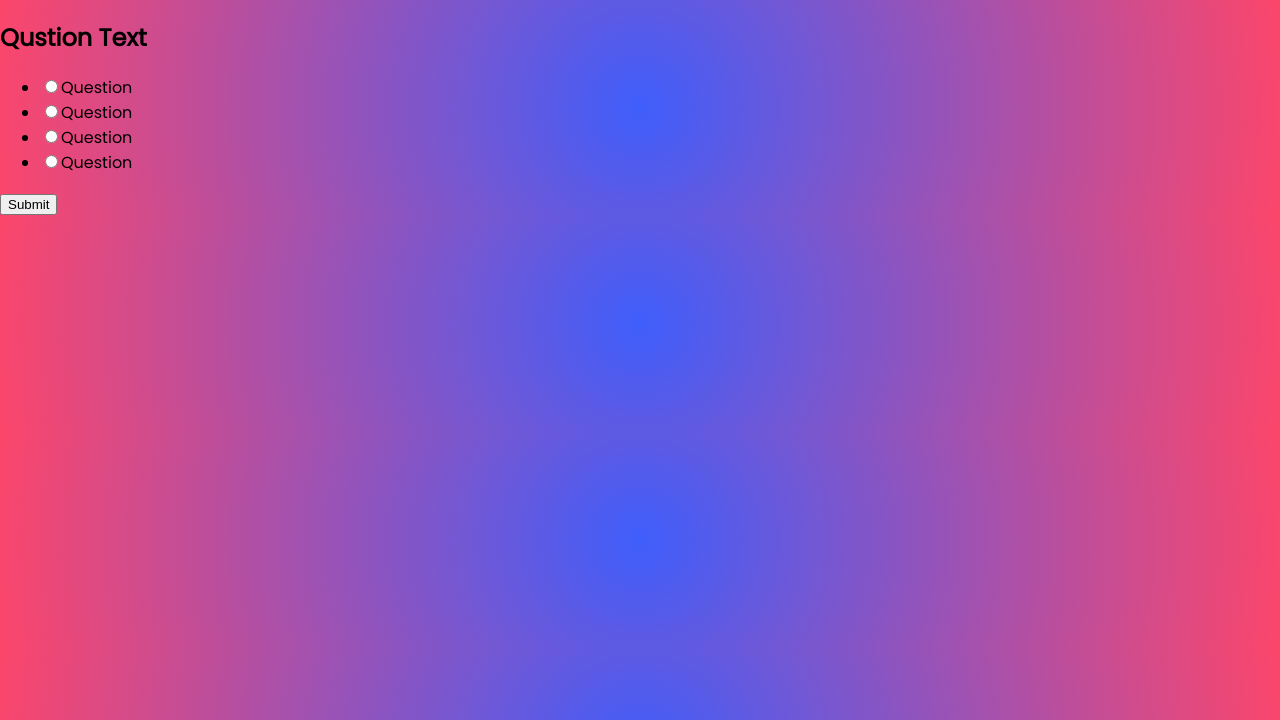
Repository: Abhi2359/Intermediate-projects
Page: Quiz App/index.html
The author's editor kept a copy of each file at every save. The page is drawn from the files as they stood at one save, then again after a run of saves.
The browser window is 1280 px wide. The pictures show the whole page.

Above is the page before, as saved 2023-01-31 13:48:28.

After the next 2 saves:
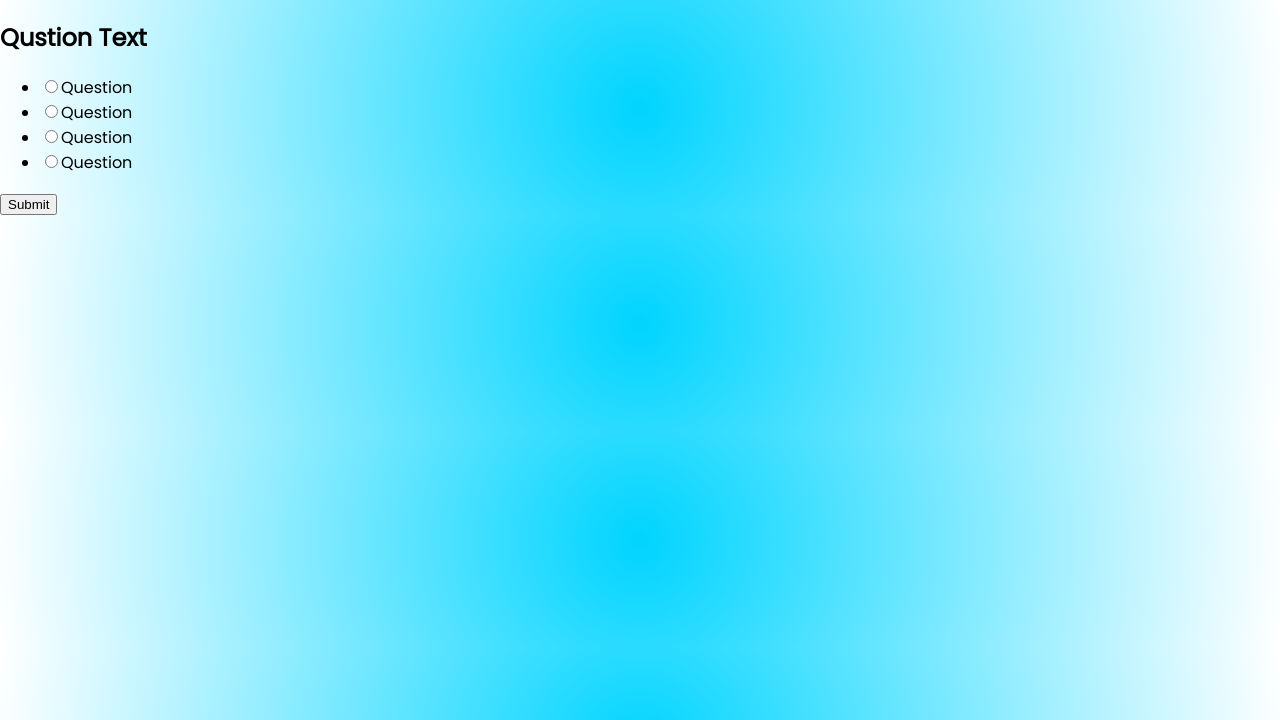
The 2 saves are shown as one change because they came seconds apart.
The last was saved 3 min 48 s later.
--- a/Quiz App/style.css
+++ b/Quiz App/style.css
@@ -7,7 +7,6 @@
 body {
   font-family: "Poppins", sans-serif;
   margin: 0;
-  background: rgb(63,94,251);
-  background: radial-gradient(circle, rgba(63,94,251,1) 0%, rgba(252,70,107,1) 100%);
-
+  background: rgb(27,19,164);
+  background: radial-gradient(circle, rgba(27,19,164,1) 0%, rgba(0,212,255,1) 0%, rgba(255,255,255,1) 100%);
 }
